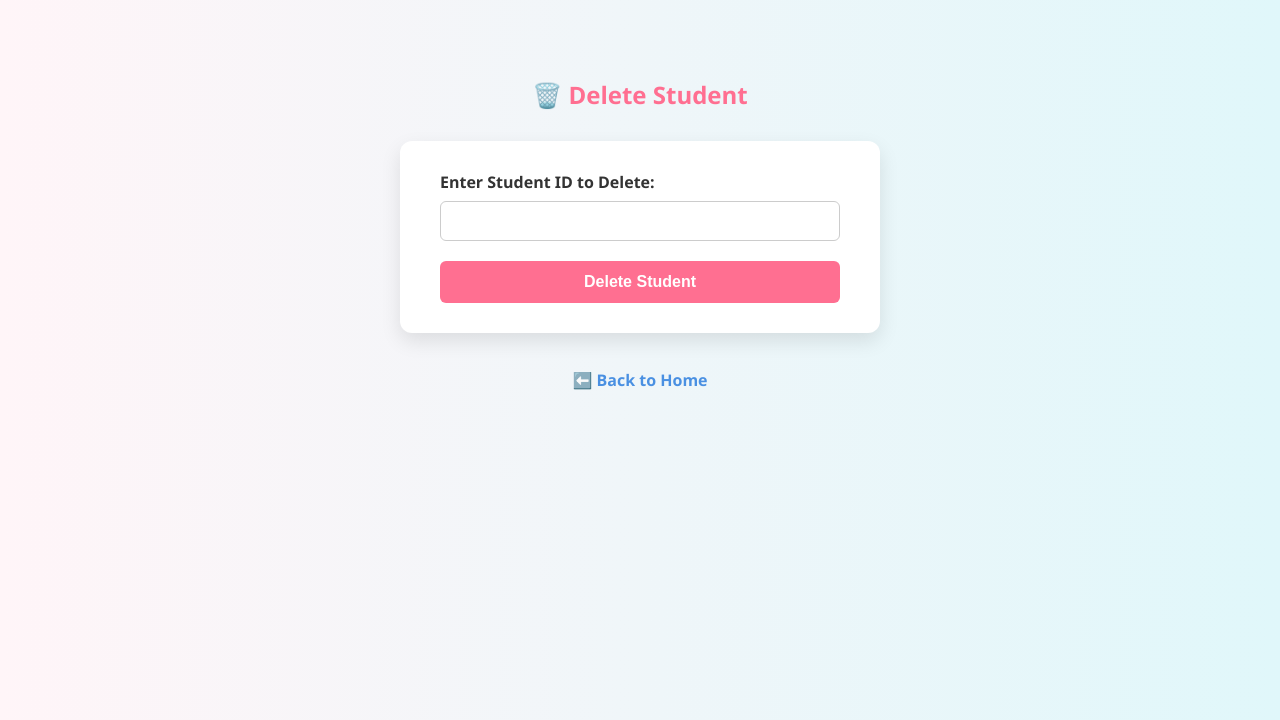
Repository: Keerthana2M/Hostel-Management-system
Page: http://localhost/Hostelweb/studentdelete.jsp
The author's editor kept a copy of each file at every save. The page is drawn from the files as they stood at one save, then again after the next save.
The browser window is 1280 px wide. The pictures show the whole page.
The page is served by Tomcat 9.

Above is the page before, as saved 2025-05-29 16:55:29.

After the next save:
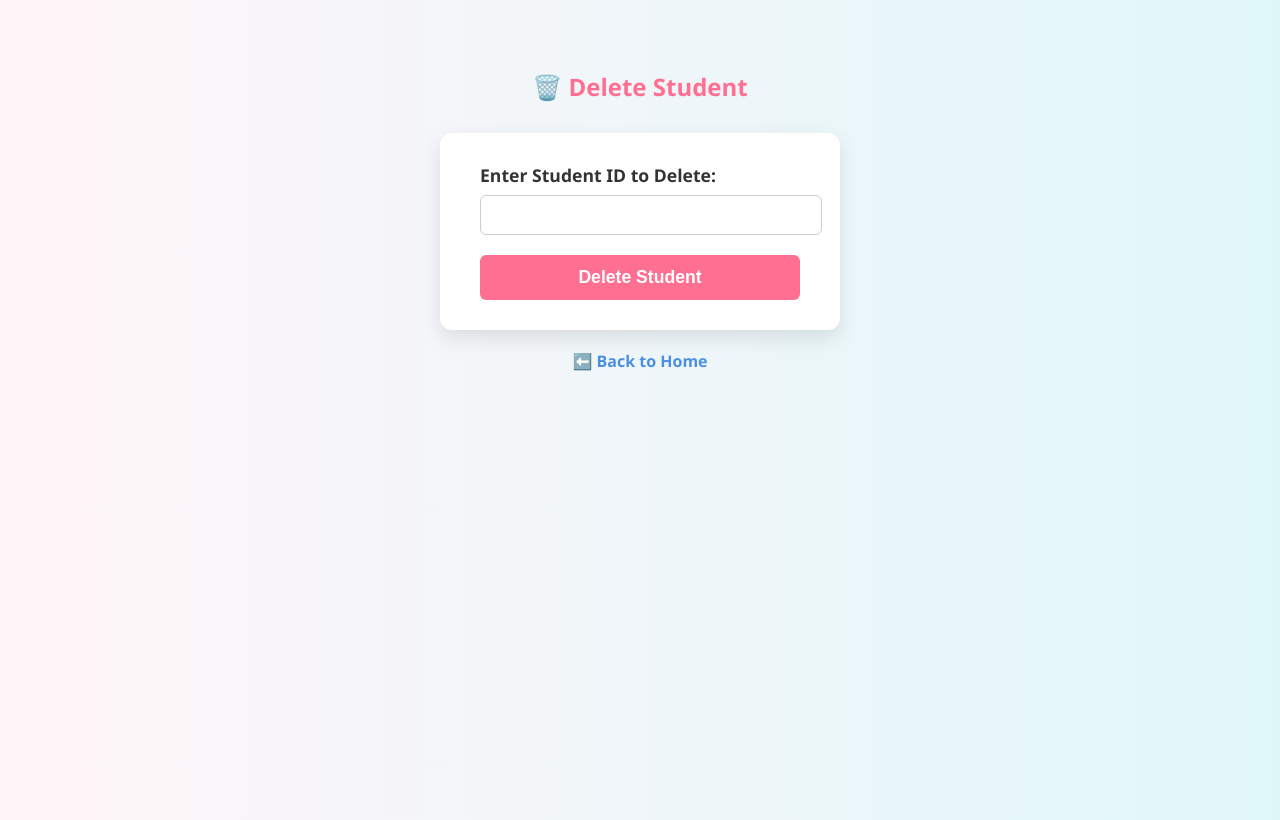
Saved 71 s later.
--- a/Hostelweb/src/main/webapp/studentdelete.jsp
+++ b/Hostelweb/src/main/webapp/studentdelete.jsp
@@ -1,6 +1,9 @@
 <%@ page language="java" contentType="text/html; charset=UTF-8" pageEncoding="UTF-8"%>
-<html>
+<!DOCTYPE html>
+<html lang="en">
 <head>
+  <meta charset="UTF-8" />
+  <meta name="viewport" content="width=device-width, initial-scale=1" />
   <title>Delete Student</title>
   <style>
     body {
@@ -9,7 +12,9 @@
       display: flex;
       flex-direction: column;
       align-items: center;
-      padding: 50px;
+      padding: 50px 20px;
+      margin: 0;
+      min-height: 100vh;
     }
 
     h2 {
@@ -24,6 +29,7 @@
       box-shadow: 0 8px 20px rgba(0, 0, 0, 0.1);
       width: 100%;
       max-width: 400px;
+      box-sizing: border-box;
     }
 
     label {
@@ -31,6 +37,7 @@
       color: #333;
       display: block;
       margin-bottom: 8px;
+      font-size: 1.1rem;
     }
 
     input[type="number"] {
@@ -40,7 +47,7 @@
       border-radius: 6px;
       border: 1px solid #ccc;
       margin-bottom: 20px;
-      transition: border-color 0.3s;
+      transition: border-color 0.3s ease;
     }
 
     input[type="number"]:focus {
@@ -56,7 +63,7 @@
       padding: 12px;
       width: 100%;
       border-radius: 6px;
-      font-size: 1rem;
+      font-size: 1.1rem;
       cursor: pointer;
       transition: background-color 0.3s ease;
     }
@@ -71,6 +78,7 @@
       text-decoration: none;
       color: #4a90e2;
       font-weight: 600;
+      font-size: 1rem;
     }
 
     a:hover {
@@ -80,10 +88,10 @@
 </head>
 <body>
   <h2>🗑️ Delete Student</h2>
-  <form action="DeleteStudentServlet" method="post">
+  <form action="DeleteStudentServlet" method="post" novalidate>
     <label for="id">Enter Student ID to Delete:</label>
-    <input type="number" name="id" required>
-    <input type="submit" value="Delete Student">
+    <input type="number" id="id" name="id" min="1" required aria-required="true" />
+    <input type="submit" value="Delete Student" />
   </form>
   <a href="index.jsp">⬅️ Back to Home</a>
 </body>
